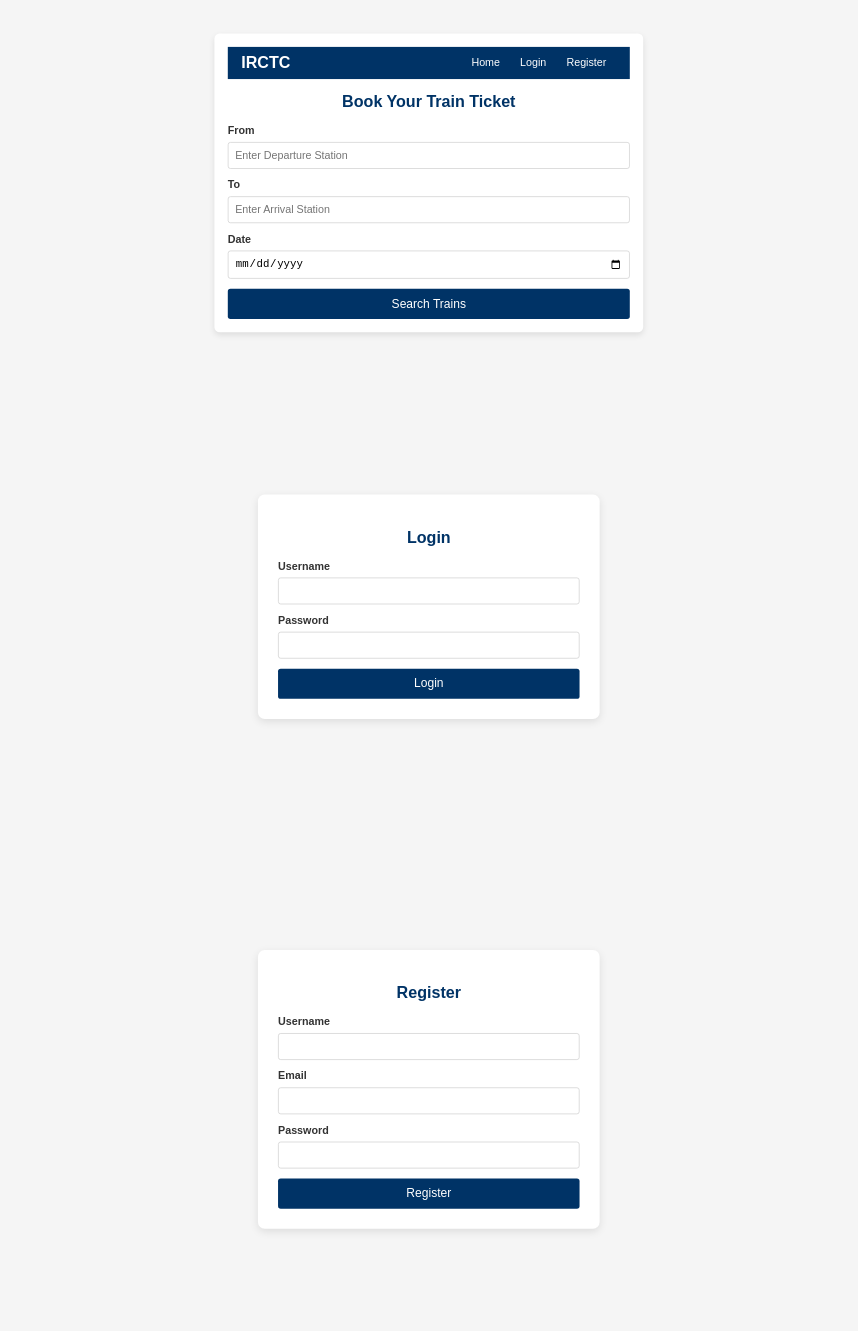
Repository: ssaddamhuss100/IRCTC-Clone
Page: /
An editor plug-in stored every save of this project. The page is shown before and after the next save, followed by the edit.
The browser window is 1280 px wide. The pictures show the whole page, at 67% of full size.
The project was rebuilt for these pictures with package versions that can differ from the ones it lists, and the page was loaded fresh each time. Also part of the build but not shown: vite.config.js, src/components/Header/Header.css, src/components/Header/Header.jsx.

Above is the page before, as saved 2025-01-19 11:56:24.

After the next save:
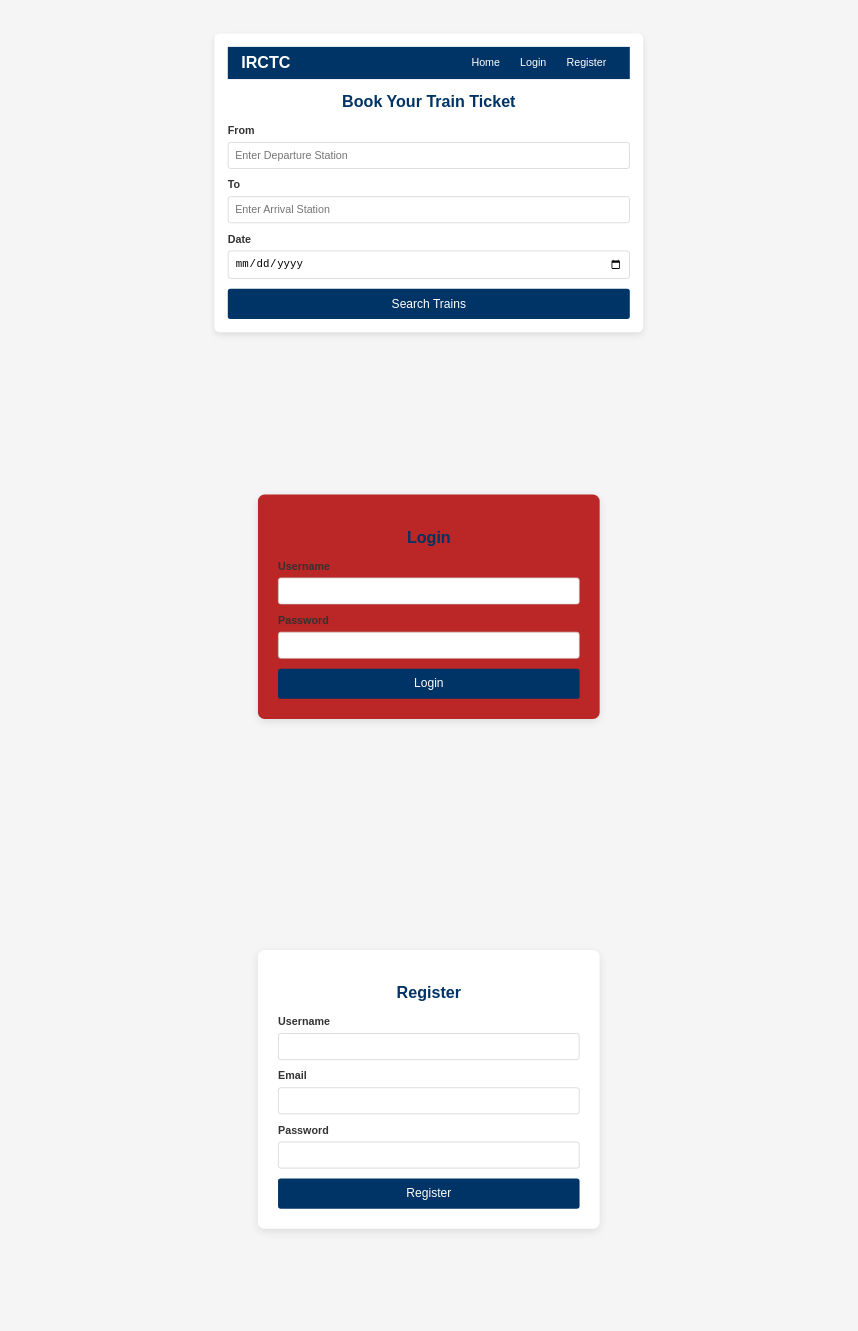
Saved 15 s later.
--- a/src/pages/Login/Login.css
+++ b/src/pages/Login/Login.css
@@ -9,7 +9,7 @@
 
 /* Form box layout similar to IRCTC */
 .login-box {
-  background-color: #ffffff; /* White background for form */
+  background-color: #bb2626; /* White background for form */
   padding: 30px;
   border-radius: 10px; /* Rounded corners */
   box-shadow: 0 4px 12px rgba(0, 0, 0, 0.1); /* Soft shadow */
